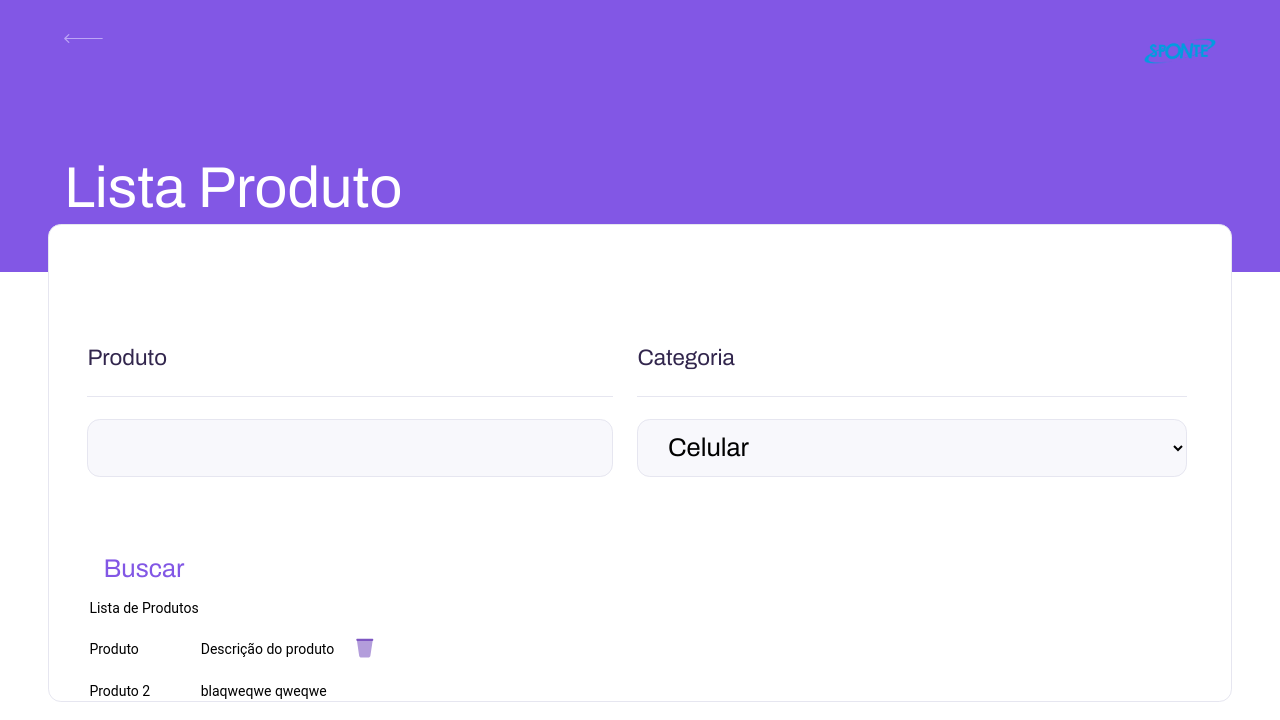
Repository: Henrique-Hoi-Dev/avalia-o-front-end
Page: /list (app in web/)
The author's editor kept a copy of each file at every save. The page is drawn from the files as they stood at one save, then again after the next save.
The browser window is 1280 px wide. The pictures show the whole page.
An inner scrolling area shows only its first screen. The project was rebuilt for these pictures with package versions that can differ from the ones it lists, and the page was loaded fresh each time. Also part of the build but not shown: web/src/pages/Home/styles.js, web/src/pages/Home/index.js, web/src/services/api.js, web/src/pages/RegistrationProduct/styles.js, web/src/components/HeaderRecord/styles.js, web/src/components/HeaderRecord/index.js, web/src/pages/RegistrationProduct/Avatarinput/styles.js, web/src/pages/RegistrationProduct/Avatarinput/index.js and 1 more.

Above is the page before, as saved 2020-09-02 21:39:04.

### web/public/index.html
<!DOCTYPE html>
<html lang="en">
  <head>
    <meta charset="utf-8" />
    <link rel="icon" href="%PUBLIC_URL%/favicon.ico" />
    <meta name="viewport" content="width=device-width, initial-scale=1" />
    <meta name="theme-color" content="#000000" />
    <meta
      name="description"
      content="Web site created using create-react-app"
    />
    <link
      href="https://fonts.googleapis.com/css2?family=Archivo:ital,wght@0,400;1,700&family=Poppins&display=swap"
      rel="stylesheet"
    />

    <title>Controle de estoque</title>
  </head>
  <body>
    <noscript>You need to enable JavaScript to run this app.</noscript>
    <div id="root"></div>
  </body>
</html>

### web/src/App.js
import React from 'react';
import Routes from './routes';

import GlobalStyle from './styles/global';

function App() {
  return (
    <>
      <Routes />
      <GlobalStyle />
    </>
  );
}

export default App;

### web/src/routes.js
import React from 'react';
import { BrowserRouter, Route } from 'react-router-dom';

import Home from './pages/Home';
import ListProduct from './pages/ListProduct';
import RegistrationProduct from './pages/RegistrationProduct';

function Routes() {
  return (
    <BrowserRouter>
      <Route path="/" exact component={Home} />
      <Route path="/list" component={ListProduct} />
      <Route path="/record-product" component={RegistrationProduct} />
    </BrowserRouter>
  );
}

export default Routes;

### web/src/styles/global.js
import { createGlobalStyle } from 'styled-components';

export default createGlobalStyle`


  * {
    margin: 0;
    padding: 0;
    outline: 0;
    border: 0;
    box-sizing: border-box;
  }
  html, body, #root {
    height: 100%;
    overflow-x: hidden;
  }


  body {
    background: linear-gradient(-70deg #f0f0f7);
    -webkit-font-smoothing: antialiased !important;

  }

  body, input, button {

    font-size: 14px;
    font-family: 'Roboto', sans-serif;
  }

  button {
    cursor: pointer;
  }

  :root {

  --color-background: #f0f0f7;
  --color-primary-lighter: #9871f5;
  --color-primary-light: #916bea;
  --color-primary: #8257e5;
  --color-primary-dark: #774dd6;
  --color-primary-darker: #6842c2;
  --color-secundary: #04d361;
  --color-secundary-dark: #04bf58;
  --color-title-in-primary: #ffffff;
  --color-text-in-primary: #d4c2ff;
  --color-text-title: #32264d;
  --color-text-complement: #9c98a6;
  --color-text-base: #6a6180;
  --color-line-in-white: #e6e6f0;
  --color-input-background: #f8f8fc;
  --color-button-text: #ffffff;
  --color-box-base: #ffffff;
  --color-box-footer: #fafafc;
}
`;

### web/src/pages/ListProduct/index.js
import React from 'react';
import * as Yup from 'yup';

import Header from '../../components/HeaderList';
import { FcEmptyTrash } from 'react-icons/fc';
import { Formik, Field, Form } from 'formik';
import { Container } from './styles';

const schema = Yup.object().shape({
  product: Yup.string()
    .required('! Este compo é obrigatório.')
    .max(100, '! No máximo 100 caracteres'),
  categoria: Yup.string().required('! Este compo é obrigatório.'),
});

function ListProduct() {
  function onSubmit(values) {
    console.log(values);
  }
  return (
    <Container>
      <Header />
      <div className="header-main">
        <Formik
          onSubmit={onSubmit}
          validationSchema={schema}
          validateOnBlur
          initialValues={{
            product: '',
            categoria: 'celular',
          }}
          render={({ values, errors }) => (
            <Form className="form-input">
              <div id="header-busca" className="header-title">
                <div className="buscar">
                  <label htmlFor="product">Produto</label>
                  <Field name="product" type="text" />
                  <span>{errors.product}</span>
                </div>

                <div className="categoria">
                  <label htmlFor="categoria">Categoria</label>
                  <Field nome="categoria" component="select">
                    <option value="celular">Celular</option>
                    <option value="tvs">Tvs</option>
                    <option value="notbook">Notbook</option>
                    <option value="acessorios">Acessórios</option>
                  </Field>
                </div>
              </div>
              <button type="submit">Buscar</button>

              <table className="table-list">
                <thead className="table-title">
                  <td>Lista de Produtos</td>
                </thead>
                <tbody>
                  <tr>
                    <td>Produto</td>
                    <td>Descrição do produto</td>
                    <avatar />
                    <button>
                      <FcEmptyTrash />
                    </button>
                  </tr>
                  <tr>
                    <td>Produto 2</td>
                    <td>blaqweqwe qweqwe</td>
                  </tr>
                </tbody>
              </table>
            </Form>
          )}
        />
      </div>
    </Container>
  );
}

export default ListProduct;

### web/src/components/HeaderList/index.js
import React from 'react';
import { Link } from 'react-router-dom';

import { PageHeader } from './styles';
import backIcon from '../../assets/back.svg';
import logo from '../../assets/logo.png';

function HeaderList() {
  return (
    <PageHeader>
      <div className="header">
        <Link to="/">
          <img src={backIcon} alt="voltar" />
        </Link>
        <img src={logo} alt="voltar" />
      </div>

      <div className="header-content">
        <h2>Lista Produto</h2>
      </div>
    </PageHeader>
  );
}

export default HeaderList;

### web/src/pages/ListProduct/styles.js
import styled from 'styled-components';
import { darken } from 'polished';

export const Container = styled.div`
  width: 100vw;
  height: 100vh;

  .header-main {
    background: var(--color-box-base);
    width: 100%;
    max-width: 74rem;
    border: 0.1rem solid var(--color-line-in-white);
    border-radius: 0.8rem;
    margin: -3rem auto 3.2rem;
    padding-top: 6.4rem;
    overflow: hidden;
  }

  input,
  select {
    width: 100%;
    height: 3.6rem;
    border-radius: 0.8rem;
    background: var(--color-input-background);
    border: 1px solid var(--color-line-in-white);
    outline: 0;
    padding: 0 1.6rem;
    font: 1.6rem Archivo;
  }

  .form-input {
    border: 0;
    padding: 0 2.4rem;
    margin-top: 0.1rem;

    button {
      background: none;
      border: 0;
      margin: 1rem;
      color: var(--color-primary);
      font: 700 1.6rem Archivo;
      cursor: pointer;
      transition: color 0.2s;

      &:hover {
        color: ${darken(0.03, '#6842c2')};
      }
    }
  }
  .header-title span {
    color: #ff0000;
    align-self: flex-start;
    margin: 0 0 10px;
    font-weight: bold;
  }

  label {
    font: 700 1.4rem Archivo;
    color: var(--color-text-title);
    margin-bottom: 1.4rem;
    margin-top: 1rem;
    display: flex;
    align-items: center;
    justify-content: space-between;
    width: 100%;
    padding-bottom: 1.6rem;
    border-bottom: 1px solid var(--color-line-in-white);
  }
  main {
    margin: 3.2rem auto;
    width: 90%;
  }

  @media (min-width: 1100px) {
    #header-busca {
      max-width: 1100px;

      display: grid;
      grid-template-columns: 1fr 1fr;
      grid-template-rows: 210px;
      grid-template-areas: 'buscar categoria ';
    }

    .buscar {
      grid-area: buscar;
      margin-right: 1.5rem;
    }

    .categoria {
      grid-area: categoria;
    }
  }
`;

### web/src/components/HeaderList/styles.js
import styled from 'styled-components';

export const PageHeader = styled.div`
  display: flex;
  flex-direction: column;
  background-color: var(--color-primary);

  .header {
    width: 90%;
    margin: 0 auto;
    display: flex;
    justify-content: space-between;
    align-items: center;
    color: var(--color-text-in-primary);
    padding: 1.6rem 0;

    a {
      height: 3.2rem;
      transition: opacity 0.2s;

      :hover {
        opacity: 0.6;
      }
    }

    img {
      height: 1.6rem;
    }
  }

  .header-content {
    width: 90%;
    margin: 0 auto;
    position: relative;
    margin: 3.2rem auto;

    a {
      font: 700 3.6rem Archivo;
      line-height: 4.2rem;
      color: var(--color-title-in-primary);
    }

    h2 {
      font: 700 3.6rem Archivo;
      line-height: 4.2rem;
      color: var(--color-title-in-primary);
    }
  }
`;

Loaded but not shown: web/src/index.js (common file)

After the next save:
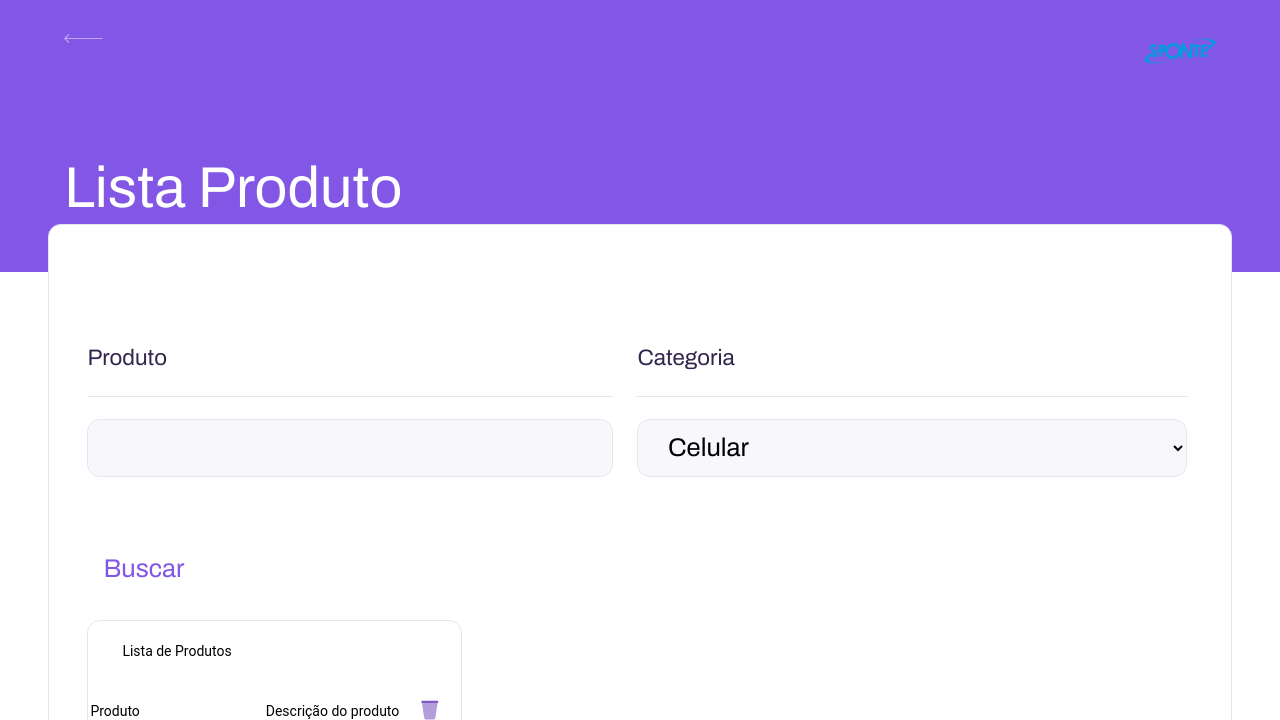
Saved 37 s later.
--- a/web/src/pages/ListProduct/styles.js
+++ b/web/src/pages/ListProduct/styles.js
@@ -70,6 +70,19 @@ export const Container = styled.div`
     margin: 3.2rem auto;
     width: 90%;
   }
+  .table-list {
+    background: var(--color-box-base);
+    border: 1px solid var(--color-line-in-white);
+    border-radius: 0.8rem;
+    margin-top: 1.4rem;
+    overflow: hidden;
+
+    thead {
+      padding: 1.2rem 2rem;
+      display: flex;
+      align-items: center;
+    }
+  }
 
   @media (min-width: 1100px) {
     #header-busca {
